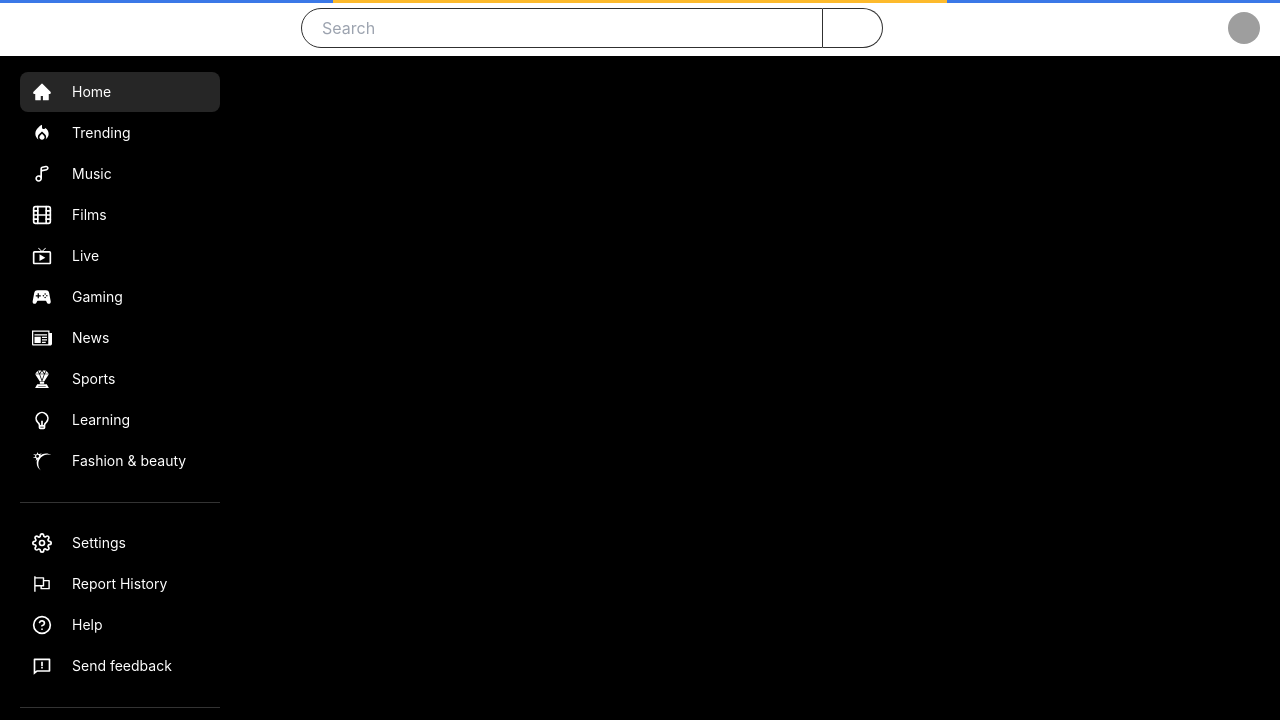
Repository: deepakbind/youtube_lite
Page: /
These files come from the project's save history. The page is drawn as it stood at one moment and after the next save; the edit follows.
The browser window is 1280 px wide. The pictures show the whole page.
Pictures or frames that could not be fetched are drawn as grey boxes. The page's requests for data from a server got no answer. The project was rebuilt for these pictures with package versions that can differ from the ones it lists, and the page was loaded fresh each time. No one was signed in, and anything a server would have sent is missing. Also part of the build but not shown: src/shared/videoLength.jsx, src/components/VideoCard.jsx, src/components/SearchResultVideoCard.jsx, src/components/SearchResult.jsx, src/components/SuggestionVideoCard.jsx, src/components/VideoDetails.jsx.

Above is the page before, as saved 2023-03-03 08:40:29.

### public/index.html
<!DOCTYPE html>
<html lang="en">
  <head>
    <meta charset="utf-8" />
    <link rel="icon" href="%PUBLIC_URL%/favicon.ico" />
    <meta name="viewport" content="width=device-width, initial-scale=1" />
    <meta name="theme-color" content="#000000" />
    <meta
      name="description"
      content="Web site created using create-react-app"
    />
    <link rel="apple-touch-icon" href="%PUBLIC_URL%/logo192.png" />

    <link rel="manifest" href="%PUBLIC_URL%/manifest.json" />

    <title>Youtube</title>
  </head>
  <body>
    <div id="root"></div>

  </body>
</html>

### src/index.js
import React from "react";
import  ReactDOM  from "react-dom/client";
import './index.css';
import App from './App';

const root = ReactDOM.createRoot(document.getElementById("root"));
root.render(<App/>);

### src/App.js
import React from 'react';
import { BrowserRouter, Routes, Route } from 'react-router-dom';

import Header from './components/Header';
import Feed from './components/Feed';
import SearchResult from './components/SearchResult';
import VideoDetails from './components/VideoDetails';
import { AppContext } from './context/contextApi';
const App = () => {
  return (
    <AppContext>
      <BrowserRouter>
        <div className='flex flex-col h-full'>
          <Header />
          <Routes>
            <Route path='/' exact element={<Feed />} />
            <Route path='/searchResult/:searchQuery' element={<SearchResult />} />
            <Route path='/video/:id' element={<VideoDetails />} />
          </Routes>
        </div>
      </BrowserRouter>
    </AppContext>
  );
};

export default App;

### src/components/Header.jsx
import React, { useContext, useState } from "react";
import { Link, useLocation, useNavigate } from "react-router-dom";

import ytLogo from "../images/yt-logo.png";
import ytLogoMobile from "../images/yt-logo-mobile.png";

import { SlMenu } from "react-icons/sl";
import { IoIosSearch } from "react-icons/io";
import { RiVideoAddLine } from "react-icons/ri";
import { FiBell } from "react-icons/fi";
import { CgClose } from "react-icons/cg";

import { Context } from "../context/contextApi";
import Loader from "../shared/loader";

const Header = () => {
    const [searchQuery, setSearchQuery] = useState("");

    const { loading, mobileMenu, setMobileMenu } = useContext(Context);

    const navigate = useNavigate();

    const searchQueryHandler = (event) => {
        if (
            (event?.key === "Enter" || event === "searchButton") &&
            searchQuery?.length > 0
        ) {
            navigate(`/searchResult/${searchQuery}`);
        }
    };

    const mobileMenuToggle = () => {
        setMobileMenu(!mobileMenu);
    };

    const { pathname } = useLocation();
    const pageName = pathname?.split("/")?.filter(Boolean)?.[0];

    return (
        <div className=" sticky top-0 z-10 flex flex-row items-center justify-between h-14 px-4 md:px-5 bg- dark:bg-black">
            {loading && <Loader />}

            <div className="flex h-5 items-center">
                {pageName !== "video" && (
                    <div
                        className="flex md:hidden md:mr-6 cursor-pointer items-center justify-center h-10 w-10 rounded-full hover:bg-[#303030]/[0.6]"
                        onClick={mobileMenuToggle}
                    >
                        {mobileMenu ? (
                            <CgClose className="text-white text-xl" />
                        ) : (
                            <SlMenu className="text-white text-xl" />
                        )}
                    </div>
                )}
                <Link to="/" className="flex h-5 items-center">
                    <img
                        className="h-full hidden dark:md:block"
                        src={ytLogo}
                        alt="Youtube"
                    />
                    <img
                        className="h-full md:hidden"
                        src={ytLogoMobile}
                        alt="Youtube"
                    />
                </Link>
            </div>
            <div className="group flex items-center">
                <div className="flex h-8 md:h-10 md:ml-10 md:pl-5 border border-[#303030] rounded-l-3xl group-focus-within:border-blue-500 md:group-focus-within:ml-5 md:group-focus-within:pl-0">
                    <div className="w-10 items-center justify-center hidden group-focus-within:md:flex">
                        <IoIosSearch className="text-white text-xl" />
                    </div>
                    <input
                        type="text"
                        className="bg-transparent outline-none text-white pr-5 pl-5 md:pl-0 w-44 md:group-focus-within:pl-0 md:w-64 lg:w-[500px]"
                        onChange={(e) => setSearchQuery(e.target.value)}
                        onKeyUp={searchQueryHandler}
                        placeholder="Search"
                        value={searchQuery}
                    />
                </div>
                <button
                    className="w-[40px] md:w-[60px] h-8 md:h-10 flex items-center justify-center border border-l-0 border-[#303030] rounded-r-3xl bg-white/[0.1]"
                    onClick={() => searchQueryHandler("searchButton")}
                >
                    <IoIosSearch className="text-white text-xl" />
                </button>
            </div>
            <div className="flex items-center">
                <div className="hidden md:flex">
                    <div className="flex items-center justify-center h-10 w-10 rounded-full hover:bg-[#303030]/[0.6]">
                        <RiVideoAddLine className="text-white text-xl cursor-pointer" />
                    </div>
                    <div className="flex items-center justify-center ml-2 h-10 w-10 rounded-full hover:bg-[#303030]/[0.6]">
                        <FiBell className="text-white text-xl cursor-pointer" />
                    </div>
                </div>
                <div className="flex h-8 w-8 overflow-hidden rounded-full md:ml-4">
                    <img src="https://xsgames.co/randomusers/assets/avatars/female/67.jpg" />
                </div>
            </div>
        </div>
    );
};

export default Header;

### src/components/Feed.jsx
import React, { useContext, useEffect } from "react";

import { Context } from "../context/contextApi";
import LeftNav from "./LeftNav";
import VideoCard from "./VideoCard";

const Feed = () => {
  const { loading, searchResults } = useContext(Context);

  useEffect(()=> {
document.getElementById("root").classList.remove("custom-h");
  },[]);

  return (
    <div className="flex flex-row h-[calc(100%-56px)]">
      <LeftNav />
      <div className="grow w-[calc(100%-240px)] h-full overflow-y-auto bg-black">
        <div className="grid grid-cols-1 md:grid-cols-2 lg:grid-cols-3 xl:grid-cols-4 gap-4 p-5">
          {!loading &&
            searchResults &&
            searchResults?.map((item) => {
              if (item?.type !== "video") return false;
              return (
                <VideoCard
                  key={item?.video?.videoId}
                  video={item?.video}
                />
              );
            })}
        </div>
      </div>
    </div>
  );
};

export default Feed;

### src/context/contextApi.js
import React, { createContext, useState, useEffect } from "react";

import { fetchDataFromApi } from "../utils/api";
export const Context = createContext();

export const AppContext = (props) => {
    const [loading, setLoading] = useState(false);
    const [searchResults, setSearchResults] = useState([]);
    const [selectCategories, setSelectCategories] = useState("New");
    const [mobileMenu, setMobileMenu] = useState(false);

    useEffect(() => {
        fetchSelectedCategoryData(selectCategories);
    }, [selectCategories]);

    const fetchSelectedCategoryData = (query) => {
        setLoading(true);
        fetchDataFromApi(`search/?q=${query}`).then(({ contents }) => {
            console.log(contents);
            setSearchResults(contents);
            setLoading(false);
        });
    };

    return (
        <Context.Provider
            value={{
                loading,
                setLoading,
                searchResults,
                selectCategories,
                setSelectCategories,
                mobileMenu,
                setMobileMenu,
            }}
        >
            {props.children}
        </Context.Provider>
    );
};

### src/shared/loader.jsx
import React from 'react';

const Loader = () => {
  return (
    <div className='load-bar'>
    <div className='bar'></div>
    <div className='bar'></div>
    <div className='bar'></div>
    </div>
  );
};

export default Loader;

### src/components/LeftNav.jsx
import React, { useContext } from "react";
import { useNavigate } from "react-router-dom";

import LeftNavMenuItem from "./LeftNavMenuItem";
import { categories } from "../utils/constants";
import { Context } from "../context/contextApi";

const LeftNav = () => {
    const {selectCategories, setSelectCategories, mobileMenu} = useContext(Context);

    const navigate = useNavigate();
    const clickHandler = (name, type) =>{
switch (type) {
    case "category":
    return setSelectCategories(name);
    case "home":
        return setSelectCategories(name);
        case "menu":
            return false;
    default:
        break;
}
      };

    return (
        <div className={`md:black w-[240px] overflow-y-auto h-full py-4 bg-black absolute md:relative z-10 translate-x-[-240px] md:translate-x-0 transition-all ${mobileMenu ? "translate-x-0" : " "}`}>
            <div className="flex px-5 flex-col">
                {categories.map((item) => {
                    return (
                        <React.Fragment key={item.name}>
                            <LeftNavMenuItem
                                text={item.type === "home" ? "Home" :item.name}
                                icon={item.icon}
                                action={()=>{
                                    clickHandler(item.name, item.type);
                                    navigate("/");
                                }}
                                className={`${selectCategories === item.name ? "bg-white/[0.15]" :""}`}
                            />
                            {item.divider && (
                                <hr className="my-5 border-white/[0.2]"/>
                            )}
                        </React.Fragment>
                    );
                })}
                <hr className="my-5 border-white/[0.2]"/>
                <div className="text-white/[0.5] text-[12px]">
                clone by : DEEPAK KUMAR BIND
                </div>
            </div>
        </div>
    );
};

export default LeftNav

### src/utils/api.js
import axios from "axios";
const BASE_URL = 'https://youtube138.p.rapidapi.com'
const options = {
    params: {hl: 'en', gl: 'US'},
    headers: {
      // 'X-RapidAPI-Key': process.env.REACT_APP_YOUTUBE_API_KEY,
      'X-RapidAPI-Key': '63fbd6d704mshaceeb7f09200ab1p10dd8fjsnc5c94eaca95f',
    'X-RapidAPI-Host': 'youtube138.p.rapidapi.com'
    }
  };

 export const fetchDataFromApi = async(url) => {
    const {data} = await axios.get(`${BASE_URL}/${url}`, options);
    return data;
  }

### src/components/LeftNavMenuItem.jsx
import React from 'react'

const LeftNavMenuItem = ({ text, icon, className, action }) => {
  return <div className={"text-white text-sm cursor-pointer h-10 flex items-center px-3 mb-[1px] rounded-lg hover:bg-white/[0.15] " + className}
  onClick={action}
  >
    <span className='text-xl mr-5'>{icon}</span>
    {text}
  </div>

}

export default LeftNavMenuItem

### src/utils/constants.js
import React from "react";

import { AiFillHome, AiOutlineFlag } from "react-icons/ai";
import { MdLocalFireDepartment, MdLiveTv } from "react-icons/md";
import { CgMusicNote } from "react-icons/cg";
import { FiFilm } from "react-icons/fi";
import { IoGameControllerSharp } from "react-icons/io5";
import { ImNewspaper } from "react-icons/im";
import { GiDiamondTrophy, GiEclipse } from "react-icons/gi";
import { RiLightbulbLine, RiFeedbackLine } from "react-icons/ri";
import { FiSettings, FiHelpCircle } from "react-icons/fi";

export const categories = [
    { name: "New", icon: <AiFillHome />, type: "home" },
    { name: "Trending", icon: <MdLocalFireDepartment />, type: "category" },
    { name: "Music", icon: <CgMusicNote />, type: "category" },
    { name: "Films", icon: <FiFilm />, type: "category" },
    { name: "Live", icon: <MdLiveTv />, type: "category" },
    { name: "Gaming", icon: <IoGameControllerSharp />, type: "category" },
    { name: "News", icon: <ImNewspaper />, type: "category" },
    { name: "Sports", icon: <GiDiamondTrophy />, type: "category" },
    { name: "Learning", icon: <RiLightbulbLine />, type: "category" },
    {
        name: "Fashion & beauty",
        icon: <GiEclipse />,
        type: "category",
        divider: true,
    },
    { name: "Settings", icon: <FiSettings />, type: "menu" },
    { name: "Report History", icon: <AiOutlineFlag />, type: "menu" },
    { name: "Help", icon: <FiHelpCircle />, type: "menu" },
    { name: "Send feedback", icon: <RiFeedbackLine />, type: "menu" },
];

### tailwind.config.js
/** @type {import('tailwindcss').Config} */
module.exports = {
  content: ["./src/**/*.{js,jsx,ts,tsx}"],
  theme: {
    extend: {},
  },
  plugins: [require('@tailwindcss/line-clamp')],
};

Loaded but not shown: src/index.css (common file)

After the next save:
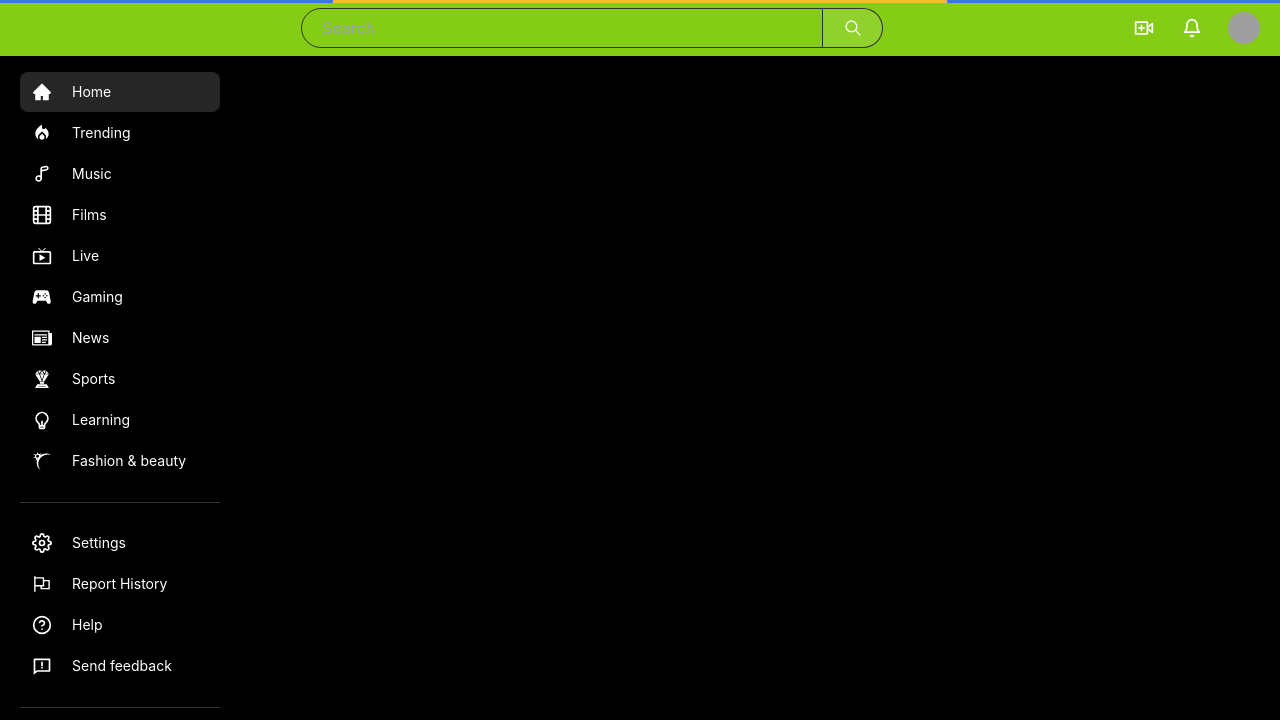
Saved 20 s later.
--- a/src/components/Header.jsx
+++ b/src/components/Header.jsx
@@ -37,7 +37,7 @@
     const pageName = pathname?.split("/")?.filter(Boolean)?.[0];
 
     return (
-        <div className=" sticky top-0 z-10 flex flex-row items-center justify-between h-14 px-4 md:px-5 bg- dark:bg-black">
+        <div className=" sticky top-0 z-10 flex flex-row items-center justify-between h-14 px-4 md:px-5 bg-lime-500 dark:bg-black">
             {loading && <Loader />}
 
             <div className="flex h-5 items-center">

After the save that followed:
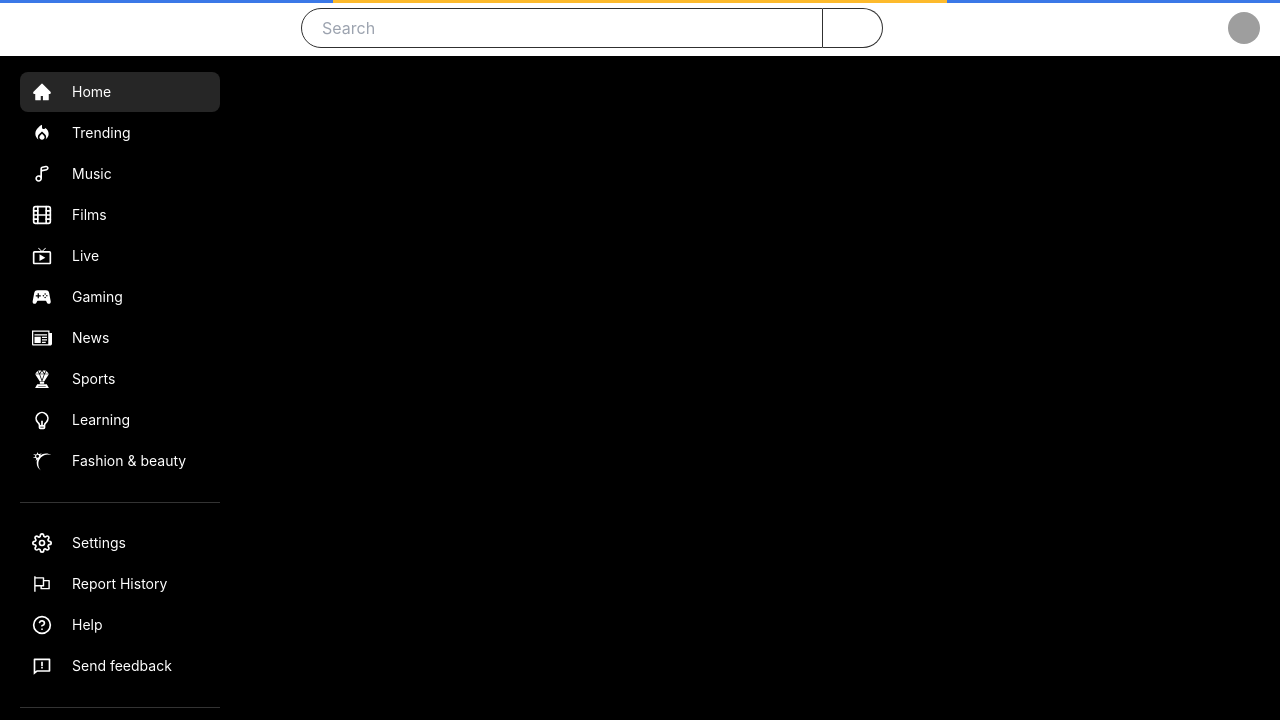
Saved 108 s later.
--- a/src/components/Header.jsx
+++ b/src/components/Header.jsx
@@ -37,7 +37,7 @@
     const pageName = pathname?.split("/")?.filter(Boolean)?.[0];
 
     return (
-        <div className=" sticky top-0 z-10 flex flex-row items-center justify-between h-14 px-4 md:px-5 bg-lime-500 dark:bg-black">
+        <div className=" sticky top-0 z-10 flex flex-row items-center justify-between h-14 px-4 md:px-5 bg dark:bg-black">
             {loading && <Loader />}
 
             <div className="flex h-5 items-center">
